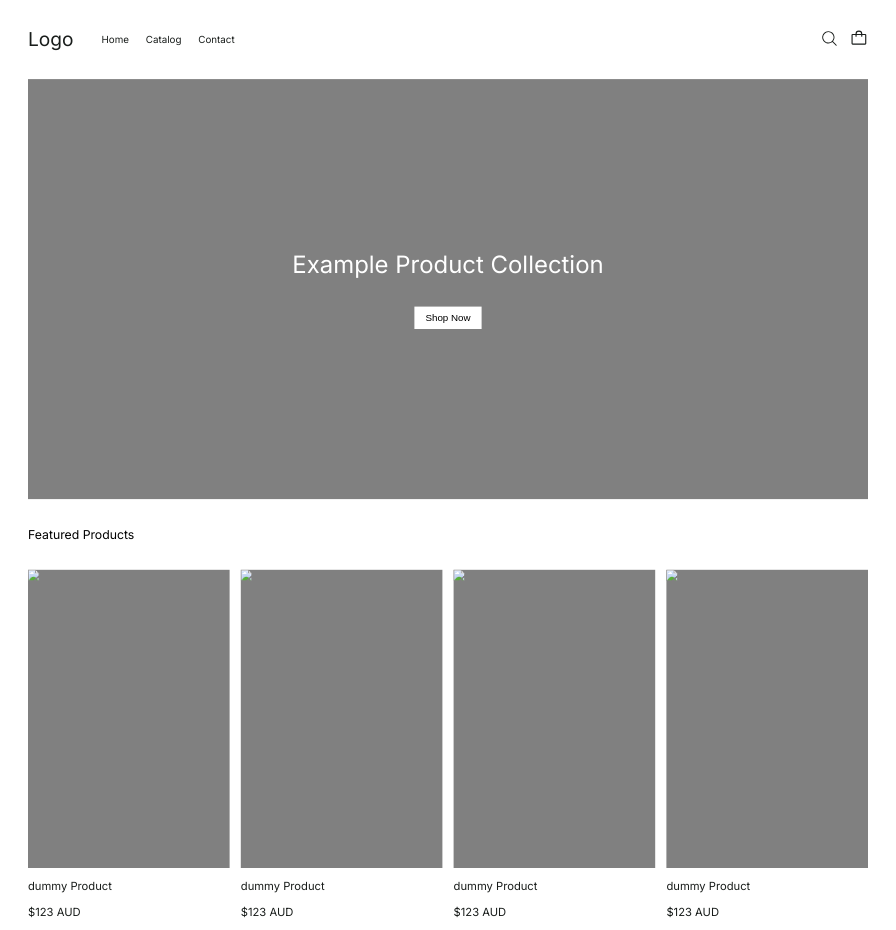
Repository: David-Waite/ecommercefrontendTemplate
Page: /
These files come from the project's save history. The page is drawn as it stood at one moment and after the next save; the edit follows.
The browser window is 1280 px wide. The pictures show the whole page, at 70% of full size.
The project was rebuilt for these pictures with package versions that can differ from the ones it lists, and the page was loaded fresh each time. The framework's server and built-in components were replaced by stand-ins that run in the browser. Also part of the build but not shown: next.config.js.

Above is the page before, as saved 2023-08-24 20:17:48.

### app/layout.js
import Nav from "./Components/Nav/Nav";
import "./globals.css";
import { Inter } from "next/font/google";

const inter = Inter({ subsets: ["latin"] });

export const metadata = {
  title: "Create Next App",
  description: "Generated by create next app",
};

export default function RootLayout({ children }) {
  return (
    <html lang="en">
      <body className={inter.className}>
        <Nav />
        {children}
      </body>
    </html>
  );
}

### app/page.js
import Image from "next/image";
import styles from "./page.module.css";
import Link from "next/link";
import PrimaryButton from "./Components/UI/PrimaryButton/PrimaryButton";
import ProductGrid from "./Components/UI/ProductsGrid/ProductGrid";
import ProductCard from "./Components/UI/ProductCard/ProductCard";

export default function Home() {
  const DUMMYFEATUREDPRODUCTS = [
    {
      id: "2",
      image: "",
      name: "dummy Product",
      price: 123.0,
    },
    {
      id: "3",
      image: "",
      name: "dummy Product",
      price: 123.0,
    },
    {
      id: "4",
      image: "",
      name: "dummy Product",
      price: 123.0,
    },
    {
      id: "5",
      image: "",
      name: "dummy Product",
      price: 123.0,
    },
  ];

  const featuredProducts = DUMMYFEATUREDPRODUCTS.map(
    ({ id, image, name, price }) => {
      return (
        <ProductCard key={id} image={image} name={name} price={price} id={id} />
      );
    }
  );
  return (
    <main className={styles.main}>
      <div className={styles.heroImage}>
        <h1>Example Product Collection</h1>
        <Link href={"#"}>
          <PrimaryButton text={"Shop Now"} />
        </Link>
      </div>

      <h2 className={styles.featuredProductHeading}>Featured Products</h2>
      <ProductGrid>{featuredProducts}</ProductGrid>
    </main>
  );
}

### app/Components/Nav/Nav.js
"use client";
import Link from "next/link";
import { useState } from "react";
import {
  PiMagnifyingGlassLight,
  PiBag,
  PiListLight,
  PiXLight,
} from "react-icons/pi";
import styles from "./Nav.module.css";

export default function Nav() {
  const [navOpen, setNavOpen] = useState(false);

  function toggleMenu() {
    setNavOpen((prev) => !prev);
  }
  return (
    <nav className={styles.nav}>
      <div className={styles.menu} onClick={toggleMenu}>
        {!navOpen && <PiListLight fontSize={24} />}
        {navOpen && <PiXLight fontSize={24} />}
      </div>

      <div className={styles.moblieMenu} style={{ width: !navOpen && "0" }}>
        <Link href="/">Home</Link>
        <Link href="#">Catalog</Link>
        <Link href="#">Contact</Link>
      </div>
      <div className={styles.linksContainer}>
        <Link className={styles.logo} href="/">
          Logo
        </Link>
        <div className={styles.pagesContainer}>
          <Link href="/">Home</Link>
          <Link href="#">Catalog</Link>
          <Link href="#">Contact</Link>
        </div>
      </div>
      <div className={styles.iconsContainer}>
        <Link href="#">
          <PiMagnifyingGlassLight fontSize={26} />
        </Link>
        <Link href="#">
          <PiBag fontSize={26} />
        </Link>
      </div>
    </nav>
  );
}

### app/globals.css
:root {
  --primary: ;
  --black: #191d1b;
  --background: #ffffff;
  --white: #ffffff;
  --grey: #606060;
  --hoverGrey: #c5c5c5;
  --error: #a83c23;
  --max-width: 1500px;
  --fontBase: 17.5px;
  --fontPlus1: 21.88px;
  --fontPlus2: 27.34px;
  --fontPlus3: 34.18px;
  --fontMinus1: 14px;
  --fontMinus2: 11.2px;
  --marginMax: 40px;
  --margin1000: 32px;
  --marginMobile: 16px;
}

* {
  padding: 0;
  margin: 0;
  box-sizing: border-box;
}

### app/page.module.css
.main {
  margin: 0px auto;
  padding: 0px 40px;
  max-width: calc(var(--max-width) + 80px);
}
.heroImage {
  width: 100%;
  height: 600px;
  background-color: grey;
  display: flex;
  gap: 40px;
  flex-direction: column;
  align-items: center;
  justify-content: center;
}

.heroImage h1 {
  font-size: var(--fontPlus3);
  font-weight: 400;
  color: white;
}

.featuredProductHeading {
  margin: 40px 0;
  font-size: var(--fontBase);
  font-weight: 400;
}

@media (max-width: 1000px) {
  .main {
    padding: 0px var(--margin1000);
  }
}
@media (max-width: 768px) {
  .main {
    padding: 0px var(--marginMobile);
  }
}

### app/Components/UI/PrimaryButton/PrimaryButton.js
import Link from "next/link";
import styles from "./PrimaryButton.module.css";

export default function PrimaryButton({ text }) {
  return <button className={styles.container}>{text}</button>;
}

### app/Components/UI/ProductsGrid/ProductGrid.js
import styles from "./ProductGrid.module.css";
export default function ProductGrid({ children }) {
  return <div className={styles.main}>{children}</div>;
}

### app/Components/UI/ProductCard/ProductCard.js
import Image from "next/image";
import Link from "next/link";
import styles from "./ProductCard.module.css";

export default function ProductCard({ image, name, price, id }) {
  return (
    <Link href={`/catalog/product${id}`} className={styles.main}>
      <div className={styles.imageContainer}>
        <Image src={image} fill={true} alt={name} />
      </div>
      <div className={styles.infoContainer}>
        <p className={styles.name}>{name}</p>
        <p className={styles.price}>${price} AUD</p>
      </div>
    </Link>
  );
}

### app/Components/Nav/Nav.module.css
.nav {
  display: flex;
  align-items: center;
  justify-content: space-between;
  margin: 0px auto;
  padding: 40px;
  max-width: calc(var(--max-width) + 80px);
  position: relative;
}

.linksContainer {
  display: flex;
  align-items: center;
  justify-content: center;
  gap: 40px;
}

.pagesContainer {
  display: flex;
  gap: 24px;
}

.pagesContainer {
  font-size: var(--fontMinus1);
}

.iconsContainer {
  display: flex;
  gap: 16px;
}
.nav a {
  text-decoration: none;
  color: var(--black);
}

.logo {
  font-size: var(--fontPlus2);
}
.moblieMenu {
  position: absolute;
  flex-direction: column;
  width: 400px;
  left: 0;
  top: 113px;
  height: calc(100vh - 113px);
  transition: 0.3s;
  overflow: hidden;
}
.moblieMenu a {
  padding: 16px 32px;
}

.moblieMenu a:hover {
  background-color: var(--hoverGrey);
}
.menu,
.moblieMenu {
  display: none;
}
@media (max-width: 1000px) {
  .nav {
    padding: 40px var(--margin1000);
  }
  .pagesContainer {
    display: none;
  }
  .menu {
    display: block;
  }
  .moblieMenu {
    display: flex;
  }
  .logo {
    margin-left: 42px;
  }
}
@media (max-width: 768px) {
  .nav {
    padding: 40px var(--marginMobile);
  }
  .moblieMenu {
    width: 90vw;
  }
}

### app/Components/UI/PrimaryButton/PrimaryButton.module.css
.container {
  background-color: white;
  padding: 8px 16px;
  border: none;
  cursor: pointer;
  font-size: var(--fontMinus1);
}

.container:hover {
  background-color: var(--hoverGrey);
}

### app/Components/UI/ProductsGrid/ProductGrid.module.css
.main {
  display: grid;
  grid-template-columns: repeat(5, 1fr);

  gap: 40px;
}

@media (max-width: 1500px) {
  .main {
    grid-template-columns: repeat(4, 1fr);
    gap: 16px;
  }
}

@media (max-width: 1000px) {
  .main {
    grid-template-columns: repeat(2, 1fr);
    gap: 32px;
  }
}

@media (max-width: 778px) {
  .main {
    gap: 8px;
  }
}

### app/Components/UI/ProductCard/ProductCard.module.css
.imageContainer {
  height: calc((((1500px - 160px) / 5) * 1.5));
  position: relative;
  /* (total view width / amount of padding total (container + total gap)) / amount of col - 3 * 2) */
  background-color: grey;
}

.main {
  text-decoration: none;
}

.infoContainer {
  display: flex;
  flex-direction: column;
  gap: 16px;
  margin: 16px 0;
  color: var(--black);
}

@media (max-width: 1500px) {
  .imageContainer {
    height: calc((100vw - 64px - (var(--marginMax) * 2)) / 4 * 1.5);
    /* (total view width / amount of padding total (container + total gap)) / amount of col - 3 * 2) */
  }
}

@media (max-width: 1000px) {
  .imageContainer {
    height: calc((100vw - 32px - (var(--margin1000) * 2)) / 2 * 1.5);
    /* (total view width / amount of padding total (container + total gap)) / amount of col - 3 * 2) */
  }
}

@media (max-width: 778) {
  .imageContainer {
    height: calc((100vw - 8px - (var(--marginMobile) * 2)) / 2 * 1.5);
    /* (total view width / amount of padding total (container + total gap)) / amount of col - 3 * 2) */
  }
}

After the next save:
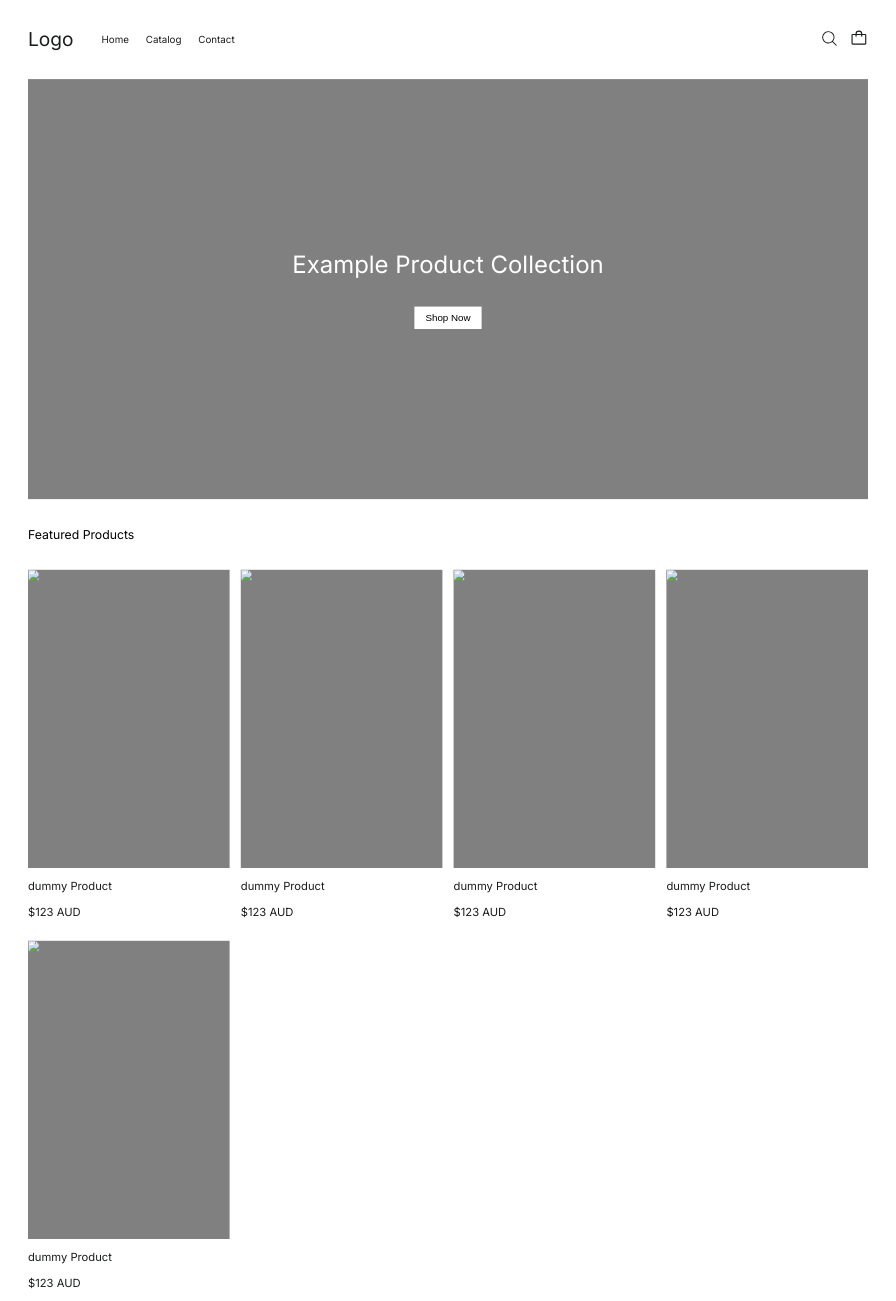
Saved 4 s later.
--- a/app/page.js
+++ b/app/page.js
@@ -7,6 +7,12 @@ import ProductCard from "./Components/UI/ProductCard/ProductCard";
 
 export default function Home() {
   const DUMMYFEATUREDPRODUCTS = [
+    {
+      id: "1",
+      image: "",
+      name: "dummy Product",
+      price: 123.0,
+    },
     {
       id: "2",
       image: "",
